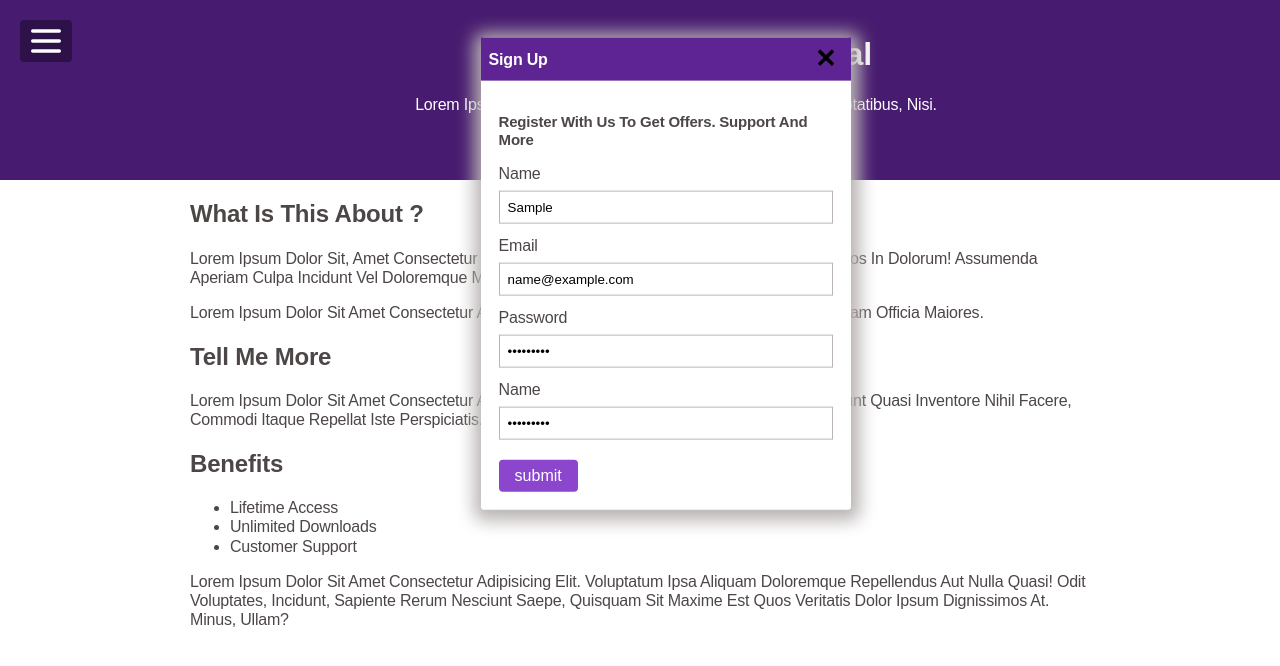
Repository: lilo750/Menu-Slider-modal
Page: index.html
An editor plug-in stored every save of this project. The page is shown before and after the next save, followed by the edit.
The browser window is 1280 px wide. The pictures show the whole page.
Empty fields were first filled with sample values (such as "Sample", 5 or name@example.com).
After loading, the first visible `#signUp-btn` was clicked once.

Above is the page before, as saved 2024-01-15 15:57:58.

After the next save:
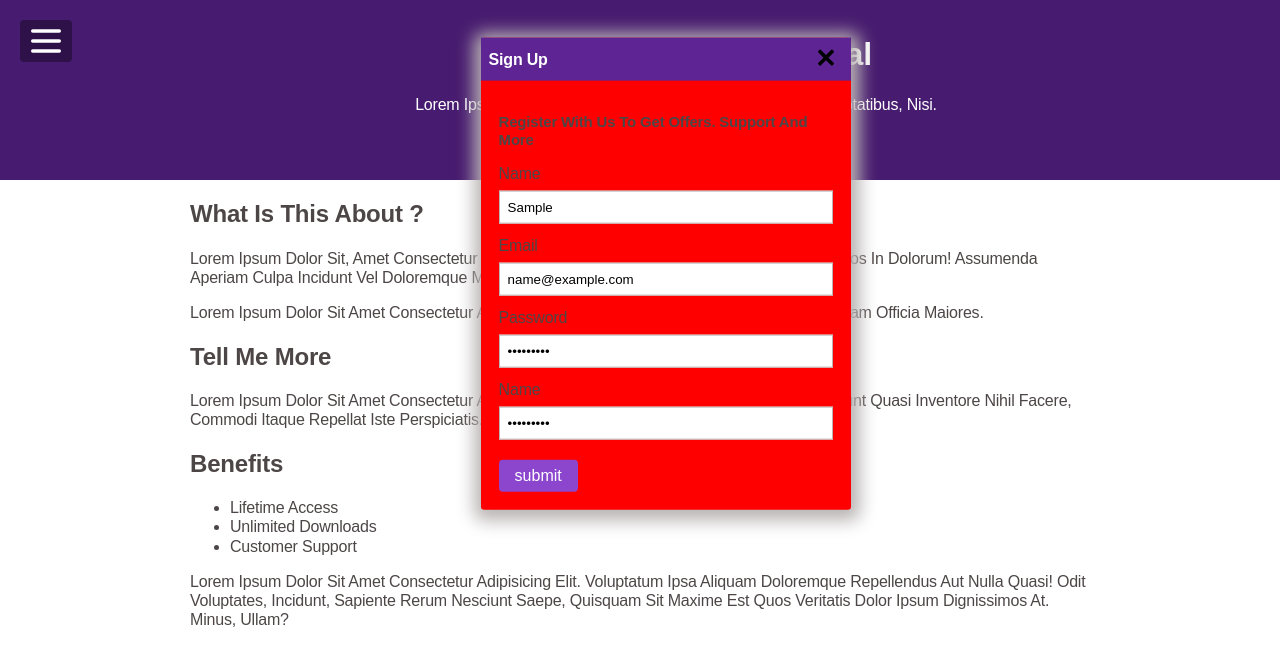
Saved 98 s later.
--- a/assets/logic.js
+++ b/assets/logic.js
@@ -7,6 +7,8 @@ something i should consider before writing the code which is handle the close bt
 
 */
 
-const modalHandler = () => {};
+const modalHandler = () => {
+    modal.style.backgroundColor = 'red';
+};
 
 signUpBtn.addEventListener('click', modalHandler);
